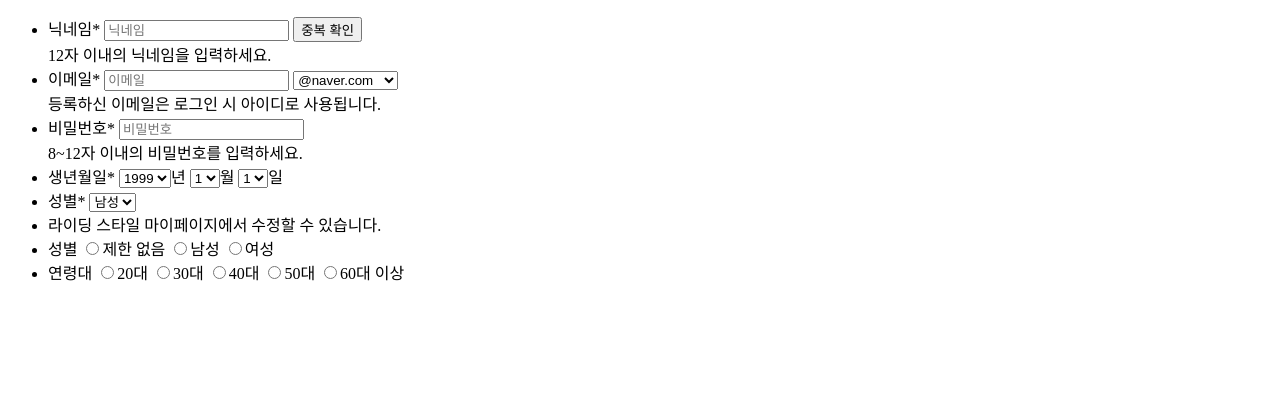
Repository: onpul/TEAM1
Page: http://localhost/Riding/mj/JoinForm.jsp
An editor plug-in stored every save of this project. The page is shown before and after the next save, followed by the edit.
The browser window is 1280 px wide. The pictures show the whole page.
The page is served by Tomcat 9. Other server files are loaded and not shown.

Above is the page before, as saved 2022-06-04 09:43:16.

### Riding/WebContent/mj/JoinForm.jsp
<%@page import="org.apache.jasper.tagplugins.jstl.core.ForEach"%>
<%@ page contentType="text/html; charset=UTF-8"%>
<%
	request.setCharacterEncoding("UTF-8");
	String cp = request.getContextPath();
%>
<!DOCTYPE html>
<html>
<head>
<meta charset="UTF-8">
<title>JoinForm.jsp</title>
</head>
<body>

<div>
	<form action="">
		<ul>
			<li>닉네임* <input type="text" placeholder="닉네임"/> <button type="button">중복 확인</button></li>
			12자 이내의 닉네임을 입력하세요.
			<li>이메일* <input type="text" placeholder="이메일"/></textarea>
						<select name="" id="">
							<option value="네이버">@naver.com</option>
							<option value="구글">@google.com</option>
							<option value="네이트">@nate.com</option>
						</select>
			</li>
			<span>등록하신 이메일은 로그인 시 아이디로 사용됩니다.</span>
			<li>비밀번호* <input type="password" placeholder="비밀번호"/></li>
			8~12자 이내의 비밀번호를 입력하세요.
			<li>생년월일*
				<select name="birthyear" id="birthyear">
					<option value="year">1999</option>
					<option value="year">2000</option>
					<option value="year">2001</option>
				</select>년
				<select name="birthmonth" id="birthmonth">
					<option value="month">1</option>
					<option value="month">2</option>
					<option value="month">3</option>
				</select>월
				<select name="birthday" id="birthday">
					<option value="day">1</option>
					<option value="day">2</option>
					<option value="day">3</option>
				</select>일
			</li>
			<li>성별*
				<select name="gender" id="gender">
					<option value="male">남성</option>
					<option value="female">여성</option>
				</select>
			</li>
			<li>라이딩 스타일 <span>마이페이지에서 수정할 수 있습니다.</span></li>
			<li>성별
				<input type="radio" name="gender" value="nolimit"/>제한 없음
				<input type="radio" name="gender" value="male"/>남성
				<input type="radio" name="gender" value="female"/>여성
			</li>
			<li>연령대
				<input type="radio" name="age" value="20"/>20대
				<input type="radio" name="age" value="30"/>30대
				<input type="radio" name="age" value="40"/>40대
				<input type="radio" name="age" value="50"/>50대
				<input type="radio" name="age" value="60"/>60대 이상
			</li>
		</ul>
	</form>
</div>

</body>
</html>

After the next save:
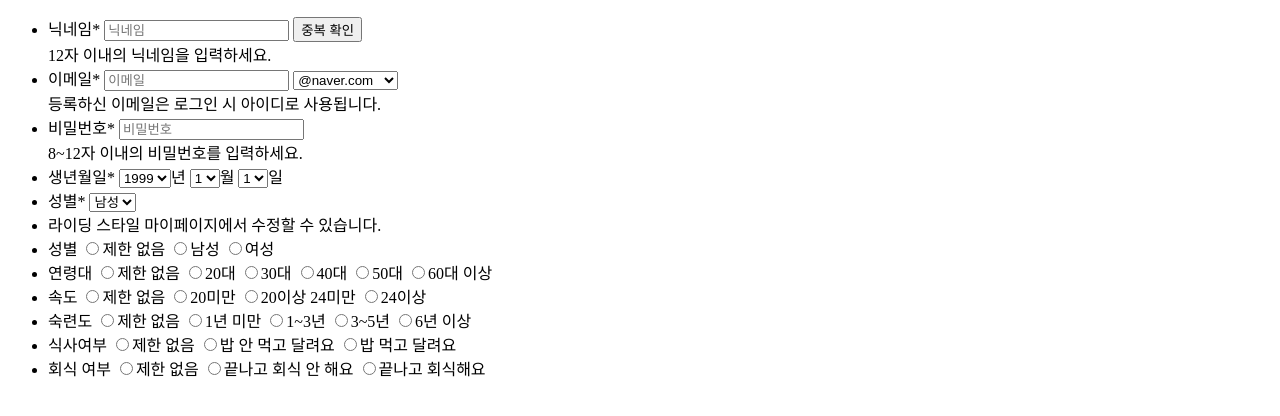
Saved 6 min 9 s later.
--- a/Riding/WebContent/mj/JoinForm.jsp
+++ b/Riding/WebContent/mj/JoinForm.jsp
@@ -57,11 +57,35 @@
 				<input type="radio" name="gender" value="female"/>여성
 			</li>
 			<li>연령대
+				<input type="radio" name="age" value="nolimit"/>제한 없음
 				<input type="radio" name="age" value="20"/>20대
 				<input type="radio" name="age" value="30"/>30대
 				<input type="radio" name="age" value="40"/>40대
 				<input type="radio" name="age" value="50"/>50대
 				<input type="radio" name="age" value="60"/>60대 이상
+			</li>
+			<li>속도
+				<input type="radio" name="speed" value="nolimit"/>제한 없음
+				<input type="radio" name="speed" value="20미만"/>20미만
+				<input type="radio" name="speed" value="20이상 24미만"/>20이상 24미만
+				<input type="radio" name="speed" value="24이상"/>24이상
+			</li>
+			<li>숙련도
+				<input type="radio" name="step" value="nolimit"/>제한 없음
+				<input type="radio" name="step" value="1년 미만" />1년 미만
+				<input type="radio" name="step" value="1~3년" />1~3년
+				<input type="radio" name="step" value="3~5년" />3~5년
+				<input type="radio" name="step" value="6년 이상" />6년 이상
+			</li>
+			<li>식사여부
+				<input type="radio" name="eat" value="nolimit"/>제한 없음
+				<input type="radio" name="eat" value="밥 안 먹고 달려요"/>밥 안 먹고 달려요
+				<input type="radio" name="eat" value="밥 먹고 달려요"/>밥 먹고 달려요
+			</li>
+			<li>회식 여부
+				<input type="radio" name="dinning" value="nolimit"/>제한 없음
+				<input type="radio" name="dinning" value="끝나고 회식 안 해요"/>끝나고 회식 안 해요
+				<input type="radio" name="dinning" value="끝나고 회식해요"/>끝나고 회식해요
 			</li>
 		</ul>
 	</form>
